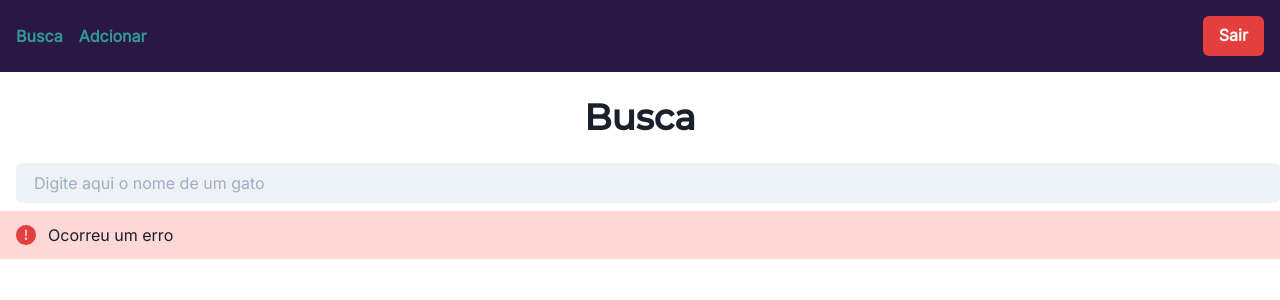
Repository: thislucasme/front-end-cats-react.js
Page: /
These files come from the project's save history. The page is drawn as it stood at one moment and after the next save; the edit follows.
The browser window is 1280 px wide. The pictures show the whole page.
The page's requests for data from a server got no answer. Some web fonts or font styles are not loaded; a fallback is used. The project was rebuilt for these pictures with package versions that can differ from the ones it lists, and the page was loaded fresh each time. No one was signed in, and anything a server would have sent is missing. Also part of the build but not shown: src/components/Login.tsx, src/components/CadastroUsuarioGato.tsx, src/components/CadastroGatos.tsx.

Above is the page before, as saved 2021-11-01 15:06:16.

### src/index.tsx
import { ColorModeScript } from "@chakra-ui/react"
import * as React from "react"
import ReactDOM from "react-dom"
import { App } from "./App"
import reportWebVitals from "./reportWebVitals"
import * as serviceWorker from "./serviceWorker"
import { ChakraProvider } from '@chakra-ui/react'
import theme from "./theme/theme";
import './theme/styles.css';

ReactDOM.render(
  <React.StrictMode>
    <ColorModeScript />
    <ChakraProvider theme={theme}>
      <App />
    </ChakraProvider>
  </React.StrictMode>,
  document.getElementById("root"),
)

// If you want your app to work offline and load faster, you can change
// unregister() to register() below. Note this comes with some pitfalls.
// Learn more about service workers: https://cra.link/PWA
serviceWorker.unregister()

// If you want to start measuring performance in your app, pass a function
// to log results (for example: reportWebVitals(console.log))
// or send to an analytics endpoint. Learn more: https://bit.ly/CRA-vitals
reportWebVitals()

### src/App.tsx
import React from "react";
import { AuthProvider } from "./context/auth";
import { RouteCommponent } from "./components/RouteComponent";
export const App: React.FC = () => {
  return (
    <AuthProvider>
      <RouteCommponent />
    </AuthProvider>
  );
}

### src/theme/theme.ts
import { extendTheme, theme as base } from '@chakra-ui/react';

const theme = extendTheme({
	colors: {
		vermelho: {
			50: '#e60000',
			100: '#cc0000',
			200: '#b30000',
			300: '#990000',
			400: '#890000',
			500: '#890000',
			600: '#890000',
			700: '#890000',
			800: '#890000',
			900: '#890000',
		}
	},
	fonts: {
		heading: `Montserrat, ${base.fonts?.heading}`,
		body: `Inter, ${base.fonts?.body}`
	}
});

export default theme;

### src/theme/styles.css
@import url('https://fonts.googleapis.com/css2?family=Fruktur&family=Montserrat:wght@500&display=swap');
@import url('https://fonts.googleapis.com/css2?family=Inter&display=swap');

### src/context/auth.tsx
import React, { createContext, useContext, useEffect, useState } from "react";
import { api } from '../lib/api';

interface AuthContextData {
	signed: boolean;
	Login(email: string, senha: string): Promise<void>;
}
const AuthContext = createContext<AuthContextData>({} as AuthContextData);


export const AuthProvider: React.FC = ({ children }) => {

	const [user, setUser] = useState<object | null>();

	useEffect(() => {
		const storageUser = localStorage.getItem('@App:user');
		const storageToken = localStorage.getItem('@App:token');

		if (storageToken && storageUser) {
			setUser(JSON.parse(storageUser));
		}
	}, [])

	async function Login(email: string, senha: string) {
		const response = await api.post('/auth/login', {
			email,
			senha
		});
		if (response.data.access_token !== undefined) {
			setUser(response.data.user);
			localStorage.setItem('@App:token', response.data.access_token);
		}
		return response.data.access_token;
	}

	return (
		<AuthContext.Provider value={{ signed: Boolean(user), Login: Login }}>
			{children}
		</AuthContext.Provider>
	);
};

export function useAuth() {
	const context = useContext(AuthContext);
	return context;
}

export default AuthContext;

### src/components/RouteComponent.tsx
import React from 'react';
import { BrowserRouter, Route, Switch } from 'react-router-dom';
import { Login } from './Login';
import { Busca } from './BuscaGatos';
import { UserCadastro } from './CadastroUsuarioGato';
import { Cadastro } from './CadastroGatos';
export const RouteCommponent = () => {
	return (
		<BrowserRouter>
			<Switch>
				<Route path="/login" component={Login} />
				<Route path="/create-account" component={UserCadastro} />
				<Route path="/cadastro/gato" component={Cadastro} />
				<Route path="/" component={Busca} />
			</Switch>
		</BrowserRouter>
	);
}

### src/lib/api.ts
import axios from "axios";

export const apiEndPoint = 'http://localhost:3000';

export const api = axios.create({
	baseURL: apiEndPoint,

});


api.interceptors.request.use(
	config => {
		const token = localStorage.getItem('@App:token');

		console.log(token);
		if (token) {

			config.headers['Authorization'] = `Bearer ${token}`
		}

		return config;
	}
)
export const apiPostUserCat = async () => {
	try {
		const res = await api.post('/auth/user');
		return res;
	} catch (e) {
		return { data: null, error: e };
	}
}

### src/components/BuscaGatos.tsx
import { Center, Flex, useToast, Heading, Input, Spacer, VStack } from "@chakra-ui/react";
import axios from "axios";
import React, { useState } from "react";
import { mutate } from "swr";
import { Lista } from "./lista.gatos";
import { Menu } from "./menu";
import { useGato } from "../hooks/useGatos";
import { useUserGato } from "../hooks/useUserGato";

export const Busca = () => {

	const [campoBusca, setCampoBusca] = useState("");

	const toast = useToast();

	const { userCat } = useUserGato();

	function openLink(url: string) {
		window.open(url, '_self')
	}

	if (userCat?.data === null) {
		openLink('/login')
	}


	//hook personalizado
	const { cats, isError, mutate } = useGato(campoBusca);

	function apagarGato(id: number) {
		axios.delete('http://localhost:3000/cats/' + id)
			.then(response => {
				mutate();
				toast({
					title: "Item removido",
					description: "Gato com id:" + id + " foi removido.",
					status: "success",
					duration: 2000,
					isClosable: true,
				})
			})
		console.log("Apagar gato com id: " + id);
	}

	return (
		<Center>
			<VStack w="full">
				<Menu />
				<VStack w="full">
					<Heading my={4}>Busca</Heading>
					<Flex w="full">
						<Spacer />
						<Input ml={4} value={campoBusca} onChange={(e) => { setCampoBusca(e.target.value) }} variant="filled" placeholder="Digite aqui o nome de um gato" />
					</Flex>
					<Lista gatos={cats} onDelete={apagarGato} error={isError} />
				</VStack>
			</VStack>
		</Center>
	);
}

### src/components/lista.gatos.tsx
import React from "react";
import { Button, Table, Tbody, Td, Th, Thead, Tr, Image, Spinner, VStack, Text, AlertIcon, Alert } from "@chakra-ui/react";
import { Cat } from "../../cat.interface";


type Props = {
	gatos: Array<any>,
	error: any,
	onDelete: (id: number) => void
}

export const Lista = (props: Props) => {

	if (props.error) {
		return (
			<Alert status="error">
				<AlertIcon />
				Ocorreu um erro
			</Alert>
		);
	}
	if (!props.gatos) return (
		<VStack>
			<Spinner mt={5} />
			<Text>Carregando gatos...</Text>
		</VStack>
	);

	return (
		<Table mt={5} variant="simple">
			<Thead>
				<Tr>
					<Th>ID</Th>
					<Th>Nome</Th>
					<Th>Idade</Th>
					<Th>Sexo</Th>
					<Th>Ação</Th>
				</Tr>
			</Thead>
			<Tbody>
				{
					props.gatos?.map((res: Cat) => (
						<Tr key={res.idGato} color={"gray"} fontSize={"md"}>
							<Td>{res.idGato}</Td>
							<Td>{res.nome}</Td>
							<Td>{res.idade}</Td>
							<Td>{res.sexo}</Td>
							<Td><Button ml={4} variant={"ghost"} onClick={() => { props.onDelete(res.idGato) }}><Image src="https://i.ibb.co/89zmrZs/delete.png" /></Button></Td>
						</Tr>
					)).reverse()
				}

			</Tbody>

		</Table>
	);
}

### src/components/menu.tsx
import { Box, Button, Flex, Spacer } from "@chakra-ui/react";
import React from "react";
import { useUserGato } from '../hooks/useUserGato';
export const Menu = () => {

	const useUser = useUserGato();

	function logout() {
		useUser.logout();
		useUser.mutate();
	}
	function openLink(url: string) {
		window.open(url, '_self')
	}
	return (
		<>
			<Flex p={4} bg={"#291744"} w={"full"}>
				<Button onClick={() => { openLink('/buscar') }} mr={4} colorScheme="teal" variant="link">
					Busca
				</Button>
				<Button onClick={() => { openLink('/cadastro/gato') }} mr={4} colorScheme="teal" variant="link">
					Adcionar
				</Button>
				<Spacer />
				<Button onClick={() => { logout() }} colorScheme="red">Sair</Button>
			</Flex>
		</>
	);
}

### src/hooks/useGatos.ts
import useSWR from "swr";
import { api } from "../lib/api";

export const useGato = (nome: string) => {
	const apiRequest = (url: string) => api.get(url).then(response => response.data);

	const { data, error, mutate } = useSWR('http://localhost:3000/cats/' + nome, apiRequest);

	return {
		cats: data,
		isError: error,
		mutate: mutate
	}
}

### src/hooks/useUserGato.ts
import useSWR from "swr";
import { apiPostUserCat } from "../lib/api";

export const useUserGato = () => {
	const { data, error, mutate } = useSWR('auth-user', apiPostUserCat);


	const logout = async () => {
		localStorage.removeItem('@App:token');
		mutate();
	}

	return {
		userCat: data,
		isError: error,
		mutate: mutate,
		logout: logout,
	}
}

Loaded but not shown: public/index.html (common file); src/reportWebVitals.ts (common file); src/serviceWorker.ts (common file)

After the next save:
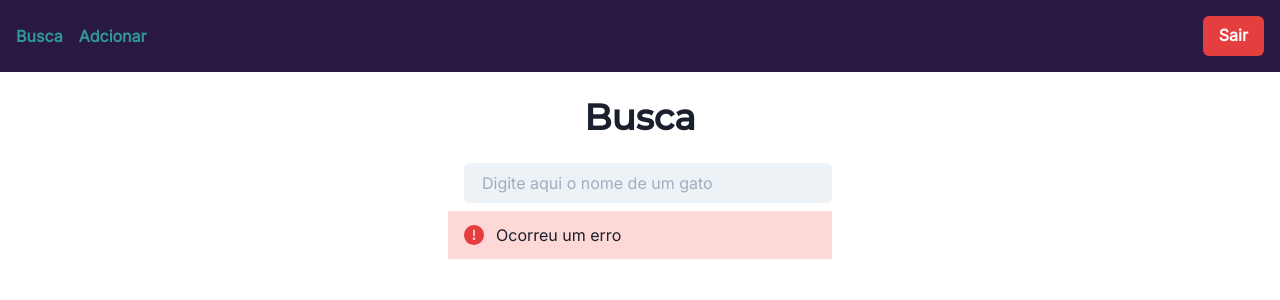
Saved 45 s later.
--- a/src/components/BuscaGatos.tsx
+++ b/src/components/BuscaGatos.tsx
@@ -46,7 +46,7 @@ export const Busca = () => {
 		<Center>
 			<VStack w="full">
 				<Menu />
-				<VStack w="full">
+				<VStack w="30%">
 					<Heading my={4}>Busca</Heading>
 					<Flex w="full">
 						<Spacer />
